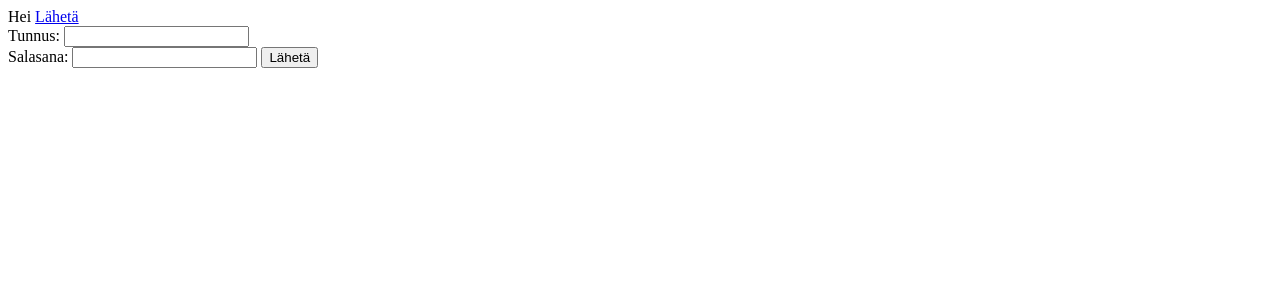
Repository: Zonkku/Valmistautuminen
Page: http://localhost/Kommunikaatio/Kysy.jsp
These files come from the project's save history. The page is drawn as it stood at one moment and after the next save; the edit follows.
The browser window is 1280 px wide. The pictures show the whole page.
The page is served by Tomcat 9.

Above is the page before, as saved 2020-04-17 06:50:18.

After the next save:
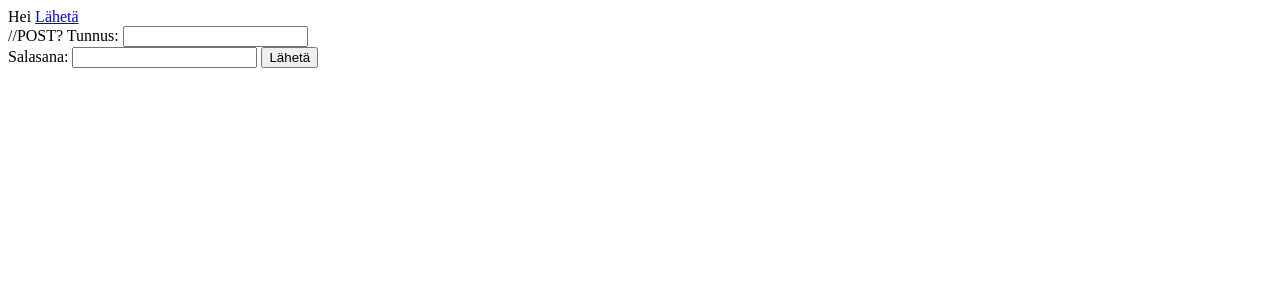
Saved 94 s later.
--- a/Kommunikaatio/WebContent/Kysy.jsp
+++ b/Kommunikaatio/WebContent/Kysy.jsp
@@ -11,7 +11,7 @@
 Hei
 <a href="nayta.jsp?nimi=Jaska&ika=10">Lähetä</a>
 
-<form action="kolmas.jsp" method="GET">
+<form action="kolmas.jsp" method="GET"> //POST?
 	Tunnus: <input type="text" name="tunnus"><br>
 	Salasana: <input type="password" name="pwd">
 	<input type="submit" value="Lähetä">

After the save that followed:
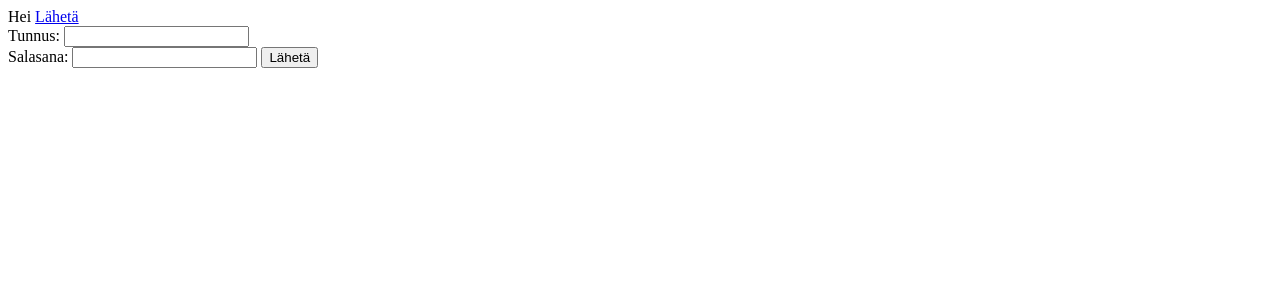
Saved 10 min 25 s later.
--- a/Kommunikaatio/WebContent/Kysy.jsp
+++ b/Kommunikaatio/WebContent/Kysy.jsp
@@ -11,7 +11,7 @@
 Hei
 <a href="nayta.jsp?nimi=Jaska&ika=10">Lähetä</a>
 
-<form action="kolmas.jsp" method="GET"> //POST?
+<form action="kolmas.jsp" method="GET">
 	Tunnus: <input type="text" name="tunnus"><br>
 	Salasana: <input type="password" name="pwd">
 	<input type="submit" value="Lähetä">
